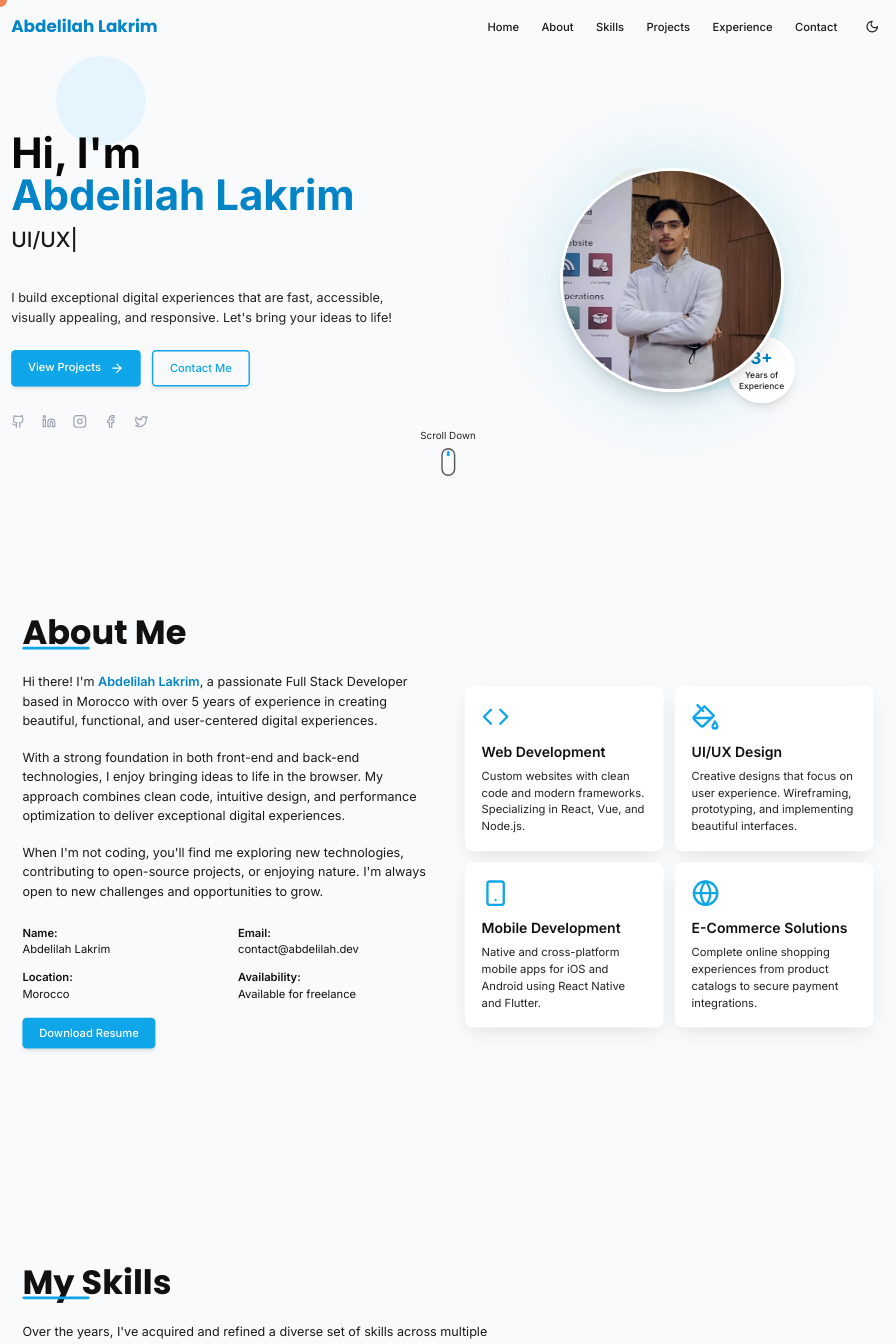
Repository: Abdelilah-Lakrim/Personal_Portfolio
Page: /
These files come from the project's save history. The page is drawn as it stood at one moment and after a run of saves; the edit follows.
The browser window is 1280 px wide. The pictures show the part of the page from y = 0 to 1920 px (the page is 7905 px tall), at 70% of full size.
The project was rebuilt for these pictures with package versions that can differ from the ones it lists, and the page was loaded fresh each time. Also part of the build but not shown: vite.config.ts.

Above is the page before, as saved 2025-05-21 12:33:21.

### index.html
<!doctype html>
<html lang="en">
  <head>
    <meta charset="UTF-8" />
    <link rel="icon" type="image/svg+xml" href="/favicon.svg" />
    <meta name="viewport" content="width=device-width, initial-scale=1.0" />
    <meta name="description" content="Abdelilah Lakrim - Full Stack Developer Portfolio">
    <title>Abdelilah Lakrim | Full Stack Developer</title>
  </head>
  <body>
    <div id="root"></div>
    <script type="module" src="/src/main.tsx"></script>
  </body>
</html>

### src/App.tsx
import React, { useEffect, useState } from 'react';
import Header from './components/Header';
import Hero from './components/Hero';
import About from './components/About';
import Projects from './components/Projects';
import Experience from './components/Experience';
import Skills from './components/Skills';
import Contact from './components/Contact';
import Footer from './components/Footer';
import Cursor from './components/Cursor';
import ScrollToTop from './components/ScrollToTop';

// Import smooth scrolling
import Lenis from '@studio-freight/lenis';

function App() {
  const [mounted, setMounted] = useState(false);

  useEffect(() => {
    // Initialize smooth scrolling
    const lenis = new Lenis({
      duration: 1.2,
      easing: (t) => Math.min(1, 1.001 - Math.pow(2, -10 * t)),
      orientation: 'vertical',
      gestureOrientation: 'vertical',
      smoothWheel: true,
      smoothTouch: false,
      touchMultiplier: 2,
    });

    function raf(time: number) {
      lenis.raf(time);
      requestAnimationFrame(raf);
    }

    requestAnimationFrame(raf);

    // Add intersection observer for animation on scroll
    const observer = new IntersectionObserver(
      (entries) => {
        entries.forEach((entry) => {
          if (entry.isIntersecting) {
            entry.target.classList.add('animate-visible');
          }
        });
      },
      { threshold: 0.1 }
    );

    const hiddenElements = document.querySelectorAll('.animate-hidden');
    hiddenElements.forEach((el) => observer.observe(el));

    setMounted(true);

    return () => {
      // Cleanup
      hiddenElements.forEach((el) => observer.unobserve(el));
    };
  }, []);

  return (
    <div className="hidden-cursor min-h-screen bg-gray-50">
      {mounted && <Cursor />}
      <Header />
      <main>
        <Hero />
        <About />
        <Skills />
        <Projects />
        <Experience />
        <Contact />
      </main>
      <Footer />
      <ScrollToTop />
    </div>
  );
}

export default App;

### src/index.css
@import url('https://fonts.googleapis.com/css2?family=Inter:wght@300;400;500;600;700&family=Poppins:wght@500;600;700&display=swap');

@tailwind base;
@tailwind components;
@tailwind utilities;

:root {
  --cursor-color: rgba(14, 165, 233, 0.7);
}

* {
  margin: 0;
  padding: 0;
  box-sizing: border-box;
  scroll-behavior: smooth;
}

body {
  @apply bg-gray-50 text-dark-800 font-sans overflow-x-hidden;
}

/* Custom cursor styles */
.custom-cursor {
  position: fixed;
  width: 20px;
  height: 20px;
  border-radius: 50%;
  background-color: var(--cursor-color);
  transform: translate(-50%, -50%);
  pointer-events: none;
  z-index: 9999;
  mix-blend-mode: difference;
  transition: transform 0.2s ease-out, opacity 0.2s ease-out, width 0.2s ease-out, height 0.2s ease-out;
}

.custom-cursor.hover {
  width: 50px;
  height: 50px;
  opacity: 0.5;
}

.hidden-cursor {
  cursor: none;
}

/* Custom scrollbar */
::-webkit-scrollbar {
  width: 8px;
}

::-webkit-scrollbar-track {
  @apply bg-gray-100;
}

::-webkit-scrollbar-thumb {
  @apply bg-primary-500 rounded-full;
}

::-webkit-scrollbar-thumb:hover {
  @apply bg-primary-600;
}

/* Section styles */
.section-container {
  @apply max-w-7xl mx-auto px-4 sm:px-6 lg:px-8 py-20;
}

.section-title {
  @apply text-3xl md:text-4xl lg:text-5xl font-bold font-heading mb-8 text-dark-800 relative;
}

.section-title::after {
  content: '';
  @apply absolute bottom-0 left-0 w-24 h-1 bg-primary-500 mt-2 rounded-full;
}

/* Button styles */
.btn-primary {
  @apply px-6 py-3 bg-primary-500 text-white font-medium rounded-md shadow-md hover:bg-primary-600 transition-all duration-300 transform hover:-translate-y-1 focus:outline-none focus:ring-2 focus:ring-primary-400 focus:ring-opacity-50;
}

.btn-secondary {
  @apply px-6 py-3 bg-transparent border-2 border-primary-500 text-primary-500 font-medium rounded-md shadow-md hover:bg-primary-50 transition-all duration-300 transform hover:-translate-y-1 focus:outline-none focus:ring-2 focus:ring-primary-400 focus:ring-opacity-50;
}

/* 3D card effect */
.tilt-card {
  @apply relative overflow-hidden rounded-xl shadow-smooth bg-white p-6 transition-all duration-300 hover:shadow-neon;
  transform-style: preserve-3d;
  transform: perspective(1000px);
}

.skill-bar {
  @apply h-2 rounded-full bg-gray-200 overflow-hidden mt-2;
}

.skill-progress {
  @apply h-full bg-primary-500 rounded-full;
  transition: width 1.5s ease-in-out;
}

/* Animation classes */
.animate-hidden {
  opacity: 0;
  transform: translateY(30px);
}

.animate-visible {
  opacity: 1;
  transform: translateY(0);
  transition: opacity 0.8s ease, transform 0.8s ease;
}

/* Project card styles */
.project-card {
  @apply relative overflow-hidden rounded-xl shadow-smooth transition-all duration-300;
  transform-style: preserve-3d;
  transform: perspective(1000px);
}

.project-card img {
  @apply transition-all duration-500;
}

.project-card:hover img {
  @apply scale-105;
}

.project-card-content {
  @apply absolute inset-0 p-6 flex flex-col justify-end bg-gradient-to-t from-dark-900/80 to-transparent text-white opacity-0 transition-all duration-300;
}

.project-card:hover .project-card-content {
  @apply opacity-100;
}

/* Timeline styles */
.timeline-container {
  @apply relative;
}

.timeline-container::before {
  content: '';
  @apply absolute left-0 md:left-1/2 h-full w-0.5 bg-primary-200 transform md:-translate-x-1/2;
}

.timeline-item {
  @apply relative pt-10 pb-10;
}

.timeline-dot {
  @apply absolute left-0 md:left-1/2 w-4 h-4 rounded-full bg-primary-500 border-4 border-white shadow-md transform md:-translate-x-1/2 z-10;
}

.timeline-content {
  @apply ml-6 md:ml-0 md:w-5/12 p-6 bg-white rounded-xl shadow-smooth transition-all duration-300 hover:shadow-neon;
}

.timeline-item:nth-child(even) .timeline-content {
  @apply md:ml-auto md:mr-0;
}

.timeline-item:nth-child(odd) .timeline-content {
  @apply md:mr-auto md:ml-0;
}

### src/components/Hero.tsx
import React, { useEffect, useRef } from 'react';
import { motion } from 'framer-motion';
import { TypeAnimation } from 'react-type-animation';
import { ArrowRight, Facebook, Github as GitHub, Instagram, Linkedin, Twitter } from 'lucide-react';
import gsap from 'gsap';

const Hero: React.FC = () => {
  const heroRef = useRef<HTMLDivElement>(null);

  // Parallax effect on mouse move
  useEffect(() => {
    const handleMouseMove = (e: MouseEvent) => {
      if (!heroRef.current) return;

      const { clientX, clientY } = e;
      const { innerWidth, innerHeight } = window;

      // Calculate how far the mouse has moved from the center as a percentage
      const moveX = (clientX - innerWidth / 2) / (innerWidth / 2);
      const moveY = (clientY - innerHeight / 2) / (innerHeight / 2);

      // Apply parallax effect to elements
      const elements = heroRef.current.querySelectorAll('.parallax');
      elements.forEach((el, index) => {
        const htmlEl = el as HTMLElement;
        const factor = index * 5 + 15;
        gsap.to(htmlEl, {
          x: moveX * factor,
          y: moveY * factor,
          duration: 1,
          ease: 'power1.out'
        });
      });
    };

    window.addEventListener('mousemove', handleMouseMove);

    return () => {
      window.removeEventListener('mousemove', handleMouseMove);
    };
  }, []);

  return (
    <section
      id="home"
      ref={heroRef}
      className="relative min-h-screen flex items-center justify-center overflow-hidden"
    >
      {/* Background elements */}
      <div className="absolute inset-0 z-0">
        <div className="parallax absolute top-20 left-20 w-32 h-32 rounded-full bg-primary-200 opacity-30"></div>
        <div className="parallax absolute bottom-40 right-40 w-60 h-60 rounded-full bg-secondary-200 opacity-20"></div>
        <div className="parallax absolute top-1/3 right-1/4 w-24 h-24 rounded-full bg-accent-200 opacity-20"></div>
      </div>

      <div className="container mx-auto px-4 z-10 pt-20">
        <div className="grid grid-cols-1 lg:grid-cols-2 gap-8 items-center">
          {/* Hero Content */}
          <motion.div
            initial={{ opacity: 0, y: 50 }}
            animate={{ opacity: 1, y: 0 }}
            transition={{ duration: 0.8, ease: "easeOut" }}
            className="text-center lg:text-left"
          >
            <h1 className="text-4xl sm:text-5xl md:text-6xl font-bold mb-4 text-dark-900 leading-tight">
              <span className="block">Hi, I'm</span>
              <span className="text-primary-600">Abdelilah Lakrim</span>
            </h1>
            <div className="text-xl sm:text-2xl md:text-3xl text-dark-700 mb-6 h-16">
              <TypeAnimation
                sequence={[
                  'Full Stack Developer',
                  2000,
                  'UI/UX Designer',
                  2000,
                  'Mobile Developer',
                  2000,
                  'Freelancer',
                  2000,
                ]}
                wrapper="div"
                speed={50}
                repeat={Infinity}
                className="font-medium"
              />
            </div>
            <p className="text-lg text-dark-600 mb-8 max-w-xl mx-auto lg:mx-0">
              I build exceptional digital experiences that are fast, accessible, visually appealing, and responsive. Let's bring your ideas to life!
            </p>

            {/* CTA Buttons */}
            <div className="flex flex-col sm:flex-row justify-center lg:justify-start space-y-4 sm:space-y-0 sm:space-x-4">
              <a href="#projects" className="btn-primary">
                View Projects <ArrowRight className="inline-block ml-2 w-5 h-5" />
              </a>
              <a href="#contact" className="btn-secondary">
                Contact Me
              </a>
            </div>

            {/* Social Media Links */}
            <div className="mt-10 flex justify-center lg:justify-start space-x-6">
              <a
                href="https://github.com/Abdelilah-Lakrim"
                target="_blank"
                rel="noopener noreferrer"
                className="text-gray-400 hover:text-primary-400 transition-colors"
              >
                <GitHub className="w-5 h-5" />
              </a>
              <a
                href="https://www.linkedin.com/in/abdelilah-lakrim/"
                target="_blank"
                rel="noopener noreferrer"
                className="text-gray-400 hover:text-primary-400 transition-colors"
              >
                <Linkedin className="w-5 h-5" />
              </a>
              <a
                href="https://www.instagram.com/abdelilahlakrim/"
                target="_blank"
                rel="noopener noreferrer"
                className="text-gray-400 hover:text-primary-400 transition-colors"
              >
                <Instagram className="w-5 h-5" />
              </a>
              <a
                href="https://www.facebook.com/abdelilah.lakrim.9/"
                target="_blank"
                rel="noopener noreferrer"
                className="text-gray-400 hover:text-primary-400 transition-colors"
              >
                <Facebook className="w-5 h-5" />
              </a>
              <a
                href="https://x.com/LakrimAbdelilah"
                target="_blank"
                rel="noopener noreferrer"
                className="text-gray-400 hover:text-primary-400 transition-colors"
              >
                <Twitter className="w-5 h-5" />
              </a>
            </div>
          </motion.div>

          {/* Hero Image */}
          <motion.div
            initial={{ opacity: 0, scale: 0.8 }}
            animate={{ opacity: 1, scale: 1 }}
            transition={{ duration: 0.8, ease: "easeOut", delay: 0.2 }}
            className="flex justify-center"
          >
            <div className="relative">
              <div className="absolute inset-0 bg-gradient-to-r from-primary-500 to-secondary-500 rounded-full blur-3xl opacity-20"></div>
              <img src="public/image/Portrait.jpg" className="relative z-50 w-64 h-64 sm:w-80 sm:h-80 rounded-full border-4 border-white shadow-xl"/>
              <div className="absolute -bottom-4 -right-4 w-24 h-24 bg-white rounded-full flex items-center justify-center shadow-lg z-20">
                <div className="text-xs font-medium text-center">
                  <span className="block text-primary-600 font-bold text-2xl">3+</span>
                  <span className="text-dark-600">Years of<br/>Experience</span>
                </div>
              </div>
            </div>
          </motion.div>
        </div>
      </div>

      {/* Scroll indicator */}
      <div className="absolute bottom-10 left-1/2 transform -translate-x-1/2 flex flex-col items-center">
        <span className="text-dark-600 text-sm mb-2">Scroll Down</span>
        <div className="w-5 h-10 border-2 border-dark-400 rounded-full flex justify-center">
          <div className="w-1 h-2 bg-primary-500 rounded-full mt-1 animate-bounce"></div>
        </div>
      </div>
    </section>
  );
};

export default Hero;

### src/components/Cursor.tsx
import React, { useEffect, useState } from 'react';

const Cursor: React.FC = () => {
  const [position, setPosition] = useState({ x: 0, y: 0 });
  const [hidden, setHidden] = useState(false);
  const [clicked, setClicked] = useState(false);
  const [hovering, setHovering] = useState(false);

  useEffect(() => {
    const updatePosition = (e: MouseEvent) => {
      setPosition({ x: e.clientX, y: e.clientY });
    };

    const handleMouseEnter = () => setHidden(false);
    const handleMouseLeave = () => setHidden(true);
    const handleMouseDown = () => setClicked(true);
    const handleMouseUp = () => setClicked(false);

    const handleLinkHover = () => setHovering(true);
    const handleLinkLeave = () => setHovering(false);

    // Add event listeners
    window.addEventListener('mousemove', updatePosition);
    document.body.addEventListener('mouseenter', handleMouseEnter);
    document.body.addEventListener('mouseleave', handleMouseLeave);
    window.addEventListener('mousedown', handleMouseDown);
    window.addEventListener('mouseup', handleMouseUp);

    // Add hover effect for links and buttons
    const interactiveElements = document.querySelectorAll('a, button, .tilt-card, .project-card');
    interactiveElements.forEach(el => {
      el.addEventListener('mouseenter', handleLinkHover);
      el.addEventListener('mouseleave', handleLinkLeave);
    });

    return () => {
      window.removeEventListener('mousemove', updatePosition);
      document.body.removeEventListener('mouseenter', handleMouseEnter);
      document.body.removeEventListener('mouseleave', handleMouseLeave);
      window.removeEventListener('mousedown', handleMouseDown);
      window.removeEventListener('mouseup', handleMouseUp);

      interactiveElements.forEach(el => {
        el.removeEventListener('mouseenter', handleLinkHover);
        el.removeEventListener('mouseleave', handleLinkLeave);
      });
    };
  }, []);

  const cursorStyle = {
    left: `${position.x}px`,
    top: `${position.y}px`,
    transform: `translate(-50%, -50%) scale(${clicked ? 0.8 : 1})`,
    opacity: hidden ? 0 : 1,
  };

  const cursorClass = `custom-cursor ${hovering ? 'hover' : ''}`;

  return <div className={cursorClass} style={cursorStyle}></div>;
};

export default Cursor;

### src/components/ScrollToTop.tsx
import React, { useEffect, useState } from 'react';
import { ArrowUp } from 'lucide-react';

const ScrollToTop: React.FC = () => {
  const [isVisible, setIsVisible] = useState(false);

  useEffect(() => {
    const toggleVisibility = () => {
      if (window.scrollY > 500) {
        setIsVisible(true);
      } else {
        setIsVisible(false);
      }
    };

    window.addEventListener('scroll', toggleVisibility);

    return () => window.removeEventListener('scroll', toggleVisibility);
  }, []);

  const scrollToTop = () => {
    window.scrollTo({
      top: 0,
      behavior: 'smooth',
    });
  };

  return (
    <button
      onClick={scrollToTop}
      className={`fixed bottom-8 right-8 p-3 rounded-full bg-primary-500 text-white shadow-lg hover:bg-primary-600 transition-all duration-300 z-50 ${
        isVisible ? 'opacity-100 translate-y-0' : 'opacity-0 translate-y-10 pointer-events-none'
      }`}
      aria-label="Scroll to top"
    >
      <ArrowUp className="w-6 h-6" />
    </button>
  );
};

export default ScrollToTop;

Loaded but not shown: src/main.tsx (common file); tailwind.config.js (95 lines, source omitted); src/components/Projects.tsx (249 lines, source omitted); src/components/Contact.tsx (241 lines, source omitted); src/components/Experience.tsx (189 lines, source omitted); src/components/Footer.tsx (154 lines, source omitted); src/components/Skills.tsx (161 lines, source omitted); src/components/Header.tsx (145 lines, source omitted); src/components/About.tsx (112 lines, source omitted)

After the next 2 saves:
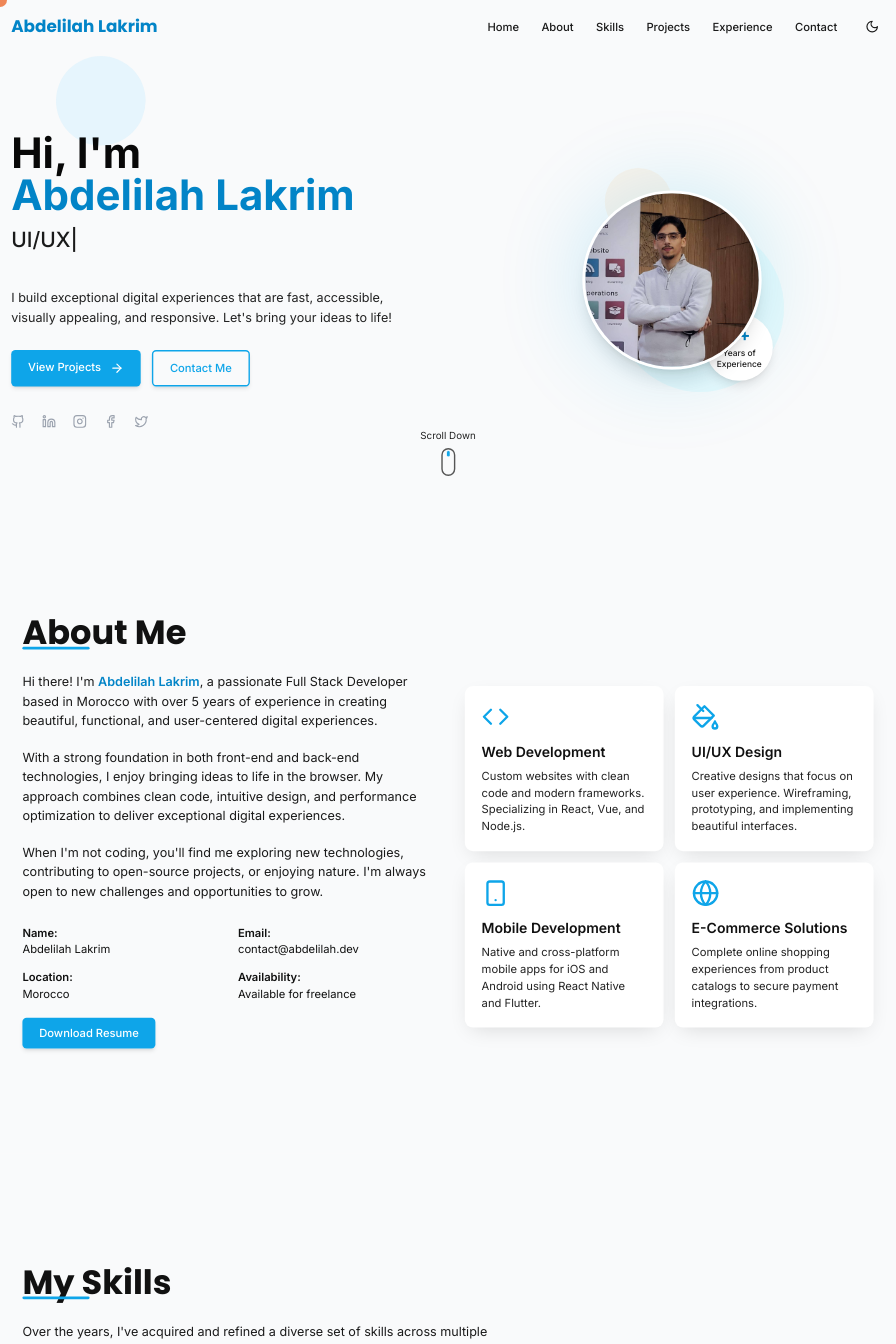
The 2 saves are shown as one change because they came seconds apart.
The last was saved 7 s later.
--- a/src/components/Hero.tsx
+++ b/src/components/Hero.tsx
@@ -152,7 +152,7 @@
           >
             <div className="relative">
               <div className="absolute inset-0 bg-gradient-to-r from-primary-500 to-secondary-500 rounded-full blur-3xl opacity-20"></div>
-              <img src="public/image/Portrait.jpg" className="relative z-50 w-64 h-64 sm:w-80 sm:h-80 rounded-full border-4 border-white shadow-xl"/>
+              <img src="public/image/Portrait.jpg" className="relative z-50 w-64 h-64 sm:w-100 sm:h-100 rounded-full border-4 border-white shadow-xl"/>
               <div className="absolute -bottom-4 -right-4 w-24 h-24 bg-white rounded-full flex items-center justify-center shadow-lg z-20">
                 <div className="text-xs font-medium text-center">
                   <span className="block text-primary-600 font-bold text-2xl">3+</span>

After the save that followed:
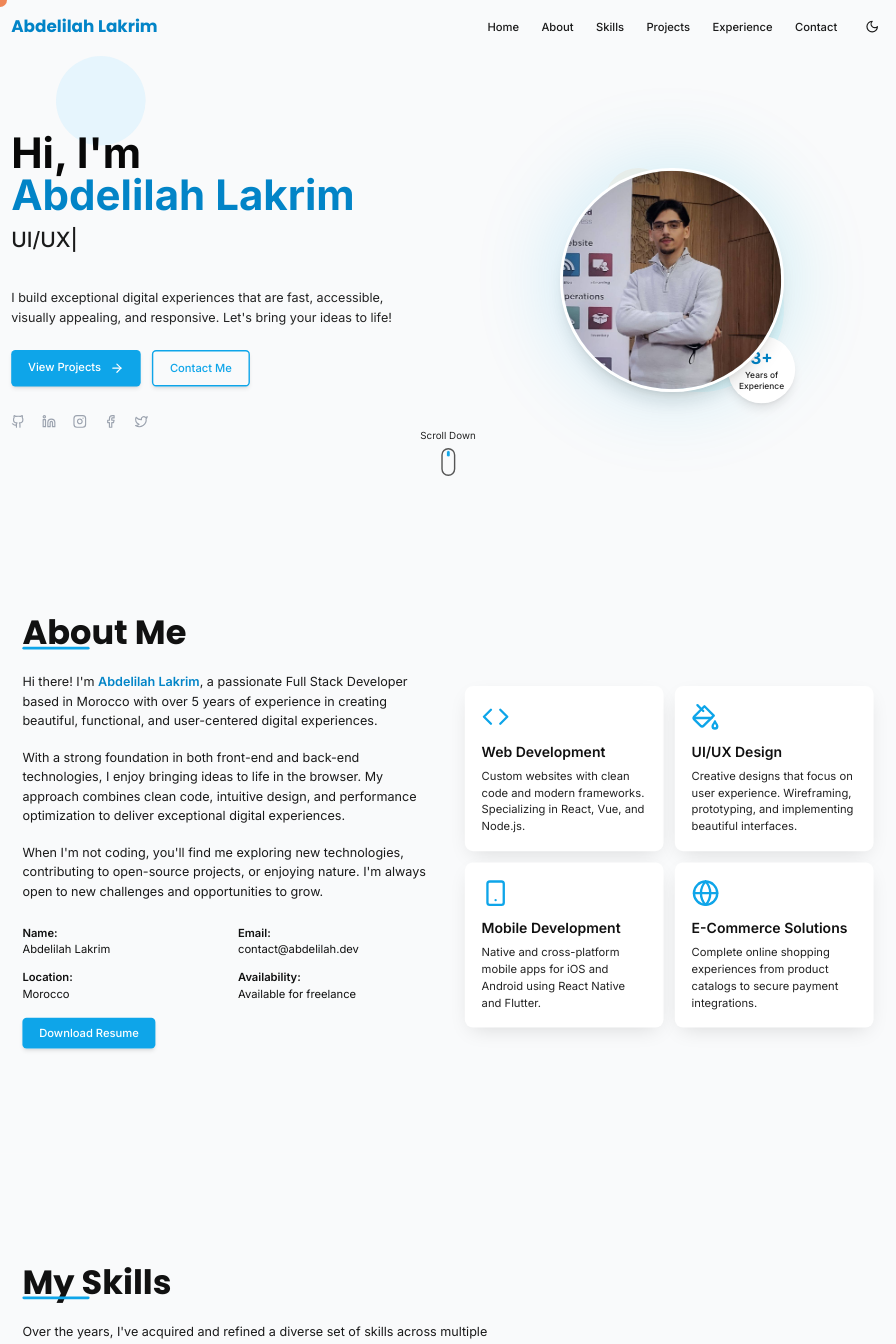
Saved 8 s later.
--- a/src/components/Hero.tsx
+++ b/src/components/Hero.tsx
@@ -152,7 +152,7 @@
           >
             <div className="relative">
               <div className="absolute inset-0 bg-gradient-to-r from-primary-500 to-secondary-500 rounded-full blur-3xl opacity-20"></div>
-              <img src="public/image/Portrait.jpg" className="relative z-50 w-64 h-64 sm:w-100 sm:h-100 rounded-full border-4 border-white shadow-xl"/>
+              <img src="public/image/Portrait.jpg" className="relative z-50 w-64 h-64 sm:w-80 sm:h-80 rounded-full border-4 border-white shadow-xl"/>
               <div className="absolute -bottom-4 -right-4 w-24 h-24 bg-white rounded-full flex items-center justify-center shadow-lg z-20">
                 <div className="text-xs font-medium text-center">
                   <span className="block text-primary-600 font-bold text-2xl">3+</span>
